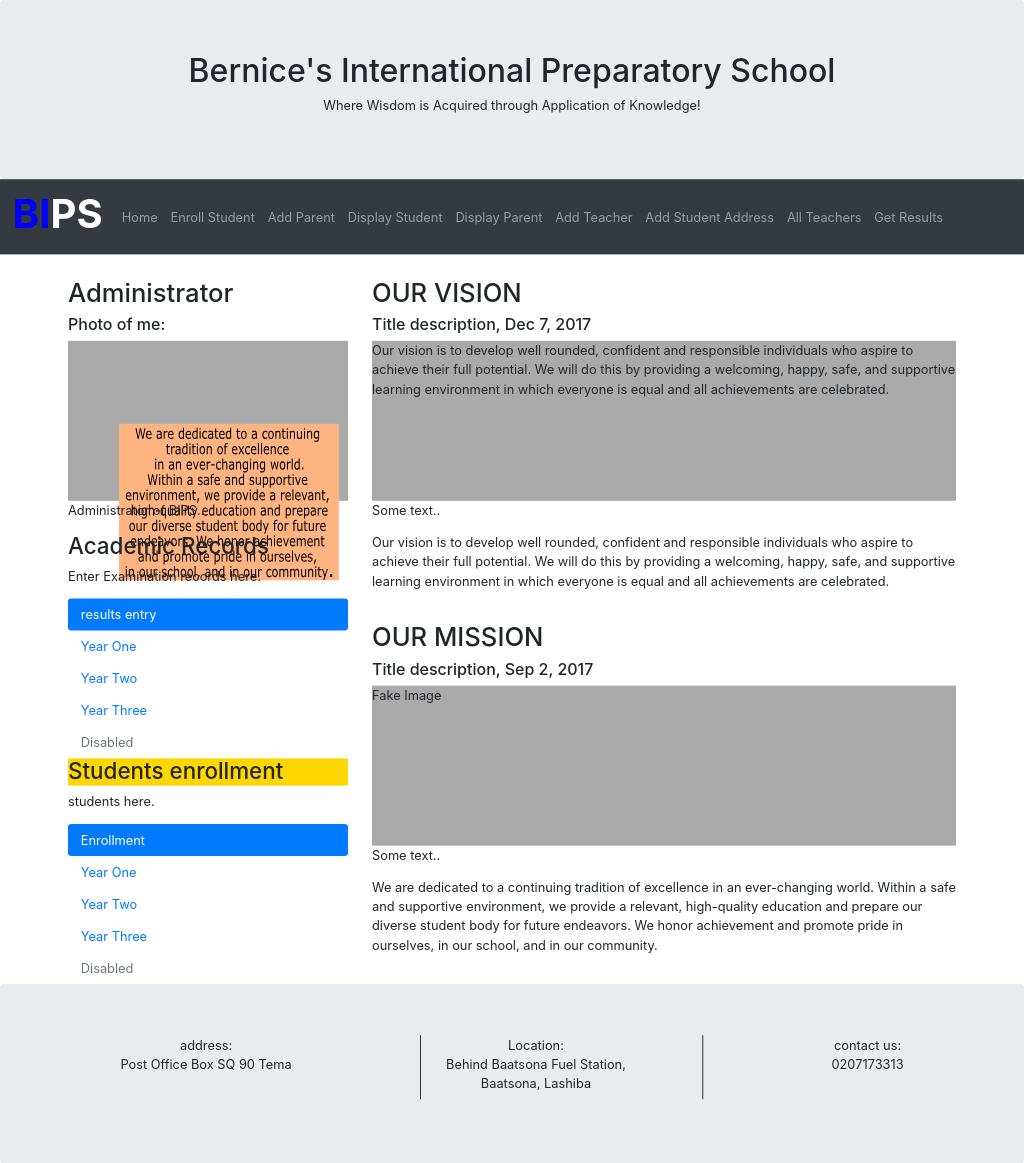
Repository: joseackah/eclipse-workspace
Page: http://localhost/com.school.mgt.system.Front.End/WEB-INF/views/adminPageExample.jsp
These files come from the project's save history. The page is drawn as it stood at one moment and after the next save; the edit follows.
The browser window is 1280 px wide. The pictures show the whole page, at 80% of full size.
The page is served by Tomcat 9. Nobody is signed in. The template is opened directly, without the code that normally fills it, so the values that code supplies are empty.

Above is the page before, as saved 2021-08-12 21:10:36.

After the next save:
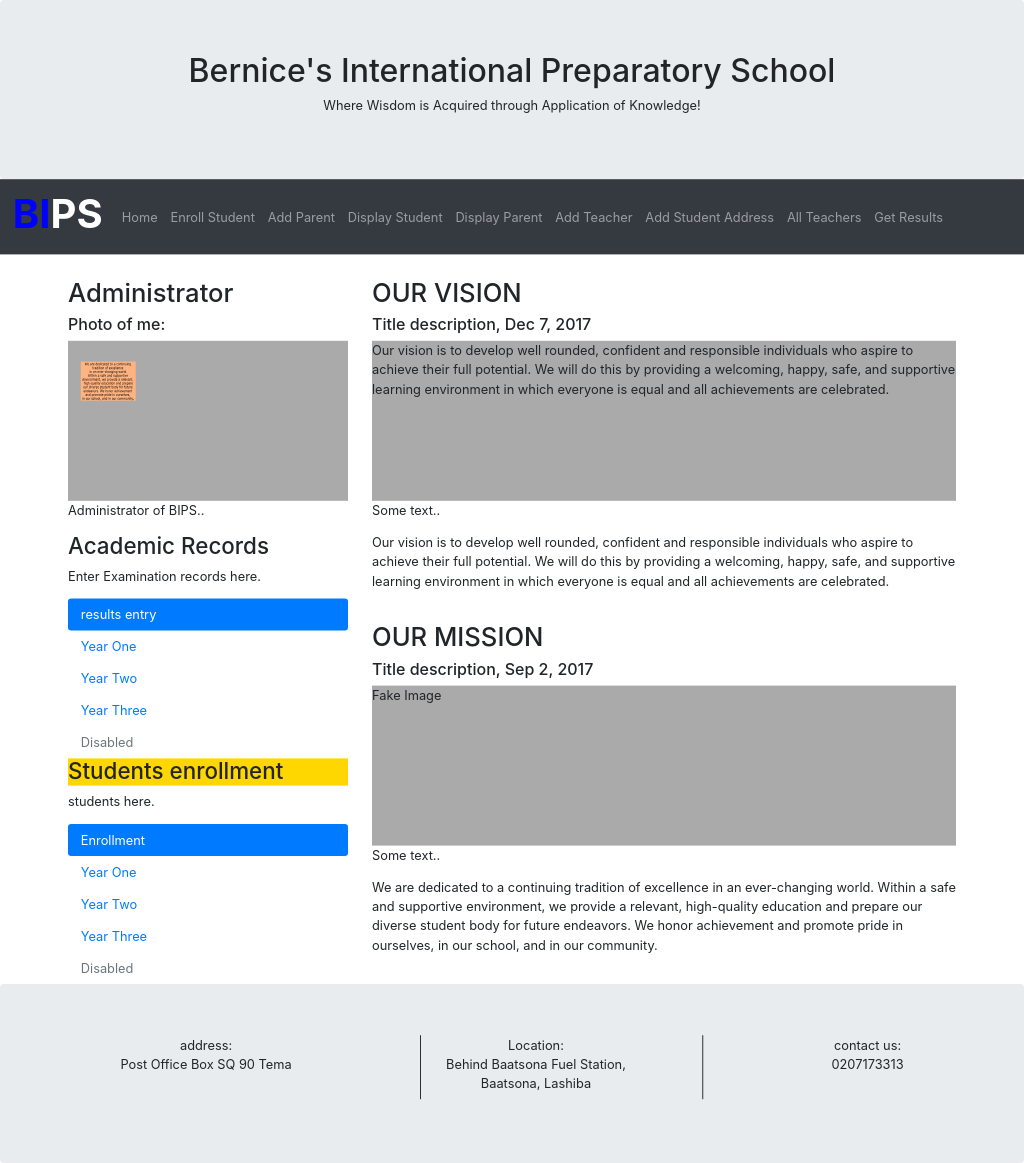
Saved 23 s later.
--- a/com.school.mgt.system.Front.End/src/main/webapp/WEB-INF/views/adminPageExample.jsp
+++ b/com.school.mgt.system.Front.End/src/main/webapp/WEB-INF/views/adminPageExample.jsp
@@ -67,7 +67,7 @@
     <div class="col-sm-4">
       <h2>Administrator</h2>
       <h5>Photo of me:</h5>
-      <div class="fakeimg"> <img alt="our mision" src="${pageContext.request.contextPath}/resources/svg/mission.svg" style="width:400px; height:400px;"/>  </div>
+      <div class="fakeimg"> <img alt="our mision" src="${pageContext.request.contextPath}/resources/svg/mission.svg" style="width:100px; height:100px;"/>  </div>
       <p>Administrator of BIPS..</p>
 
     <!--   academic record start here -->
